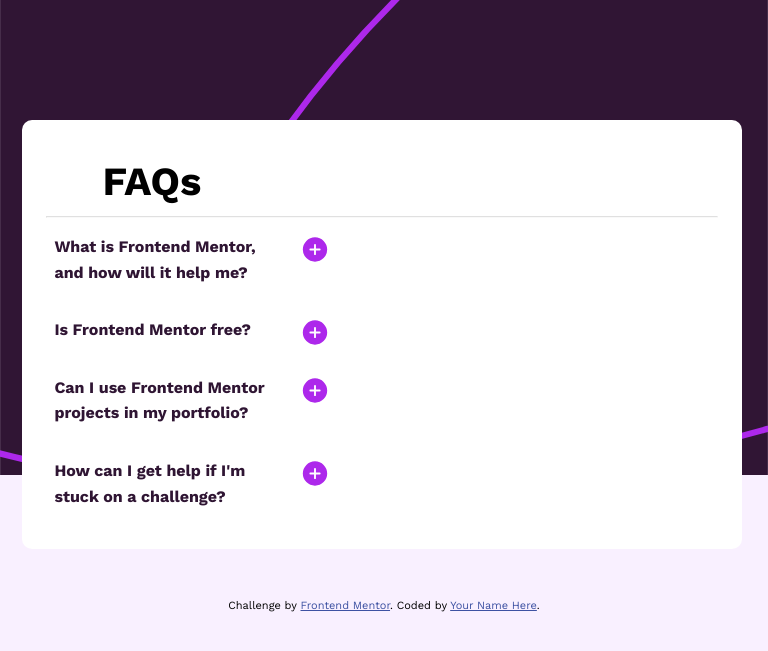
Repository: imokha01/accordion-main
Page: index.html
These files come from the project's save history. The page is drawn as it stood at one moment and after the next save; the edit follows.
The browser window is 768 px wide. The pictures show the whole page.

Above is the page before, as saved 2023-12-26 11:43:35.

### index.html
<!DOCTYPE html>
<html lang="en">
  <head>
    <meta charset="UTF-8" />
    <meta name="viewport" content="width=device-width, initial-scale=1.0" />
    <!-- displays site properly based on user's device -->
    <link rel="stylesheet" href="./index.css">
    <link
      rel="stylesheet"
      href="https://cdnjs.cloudflare.com/ajax/libs/font-awesome/6.5.1/css/all.min.css"
      integrity="sha512-DTOQO9RWCH3ppGqcWaEA1BIZOC6xxalwEsw9c2QQeAIftl+Vegovlnee1c9QX4TctnWMn13TZye+giMm8e2LwA=="
      crossorigin="anonymous"
      referrerpolicy="no-referrer"
    />
    <link
      rel="icon"
      type="image/png"
      sizes="32x32"
      href="./assets/images/favicon-32x32.png"
    />
    <link rel="preconnect" href="https://fonts.googleapis.com" />
    <link rel="preconnect" href="https://fonts.gstatic.com" crossorigin />
    <link
      href="https://fonts.googleapis.com/css2?family=Work+Sans:wght@400;600;700&display=swap"
      rel="stylesheet"
    />
    <title>Frontend Mentor | FAQ accordion</title>
    <!-- Feel free to remove these styles or customise in your own stylesheet 👍 -->
    <style>
      .attribution {
        font-size: 11px;
        text-align: center;
        margin-top: 1rem;
      }
      .attribution a {
        color: hsl(228, 45%, 44%);
      }
    </style>
  </head>
  <body>
    <div class="container">
      <div class="wrapper">
        <!-- first div content -->
        <main>
          <div id="header">
            <img src="./assets/images/icon-star.svg" alt="star-icon">
            <p id="headerpara">FAQs</p>
          </div>
          <hr>
          <div class="Div" id="div1">
            <div class="title">
              <p class="question">What is Frontend Mentor, and how will it help me?</p>
            </div>
            <div class="para">
              <p id="para1">
                Frontend Mentor offers realistic coding challenges to help developers
                improve their frontend coding skills with projects in HTML, CSS, and
                JavaScript. It's suitable for all levels and ideal for portfolio
                building.
              </p>
            </div>
          </div>
          <!-- second div content -->
          <div class="Div" id="div2">
            <div class="title">
              <p class="question">Is Frontend Mentor free?</p>
            </div>
            <div class="para">
              <p id="para2">
                Yes, Frontend Mentor offers both free and premium coding challenges,
                with the free option providing access to a range of projects suitable
                for all skill levels.
              </p>
            </div>
          </div>
          <!-- third div content -->
          <div class="Div" id="div3">
            <div class="title">
              <p class="question">Can I use Frontend Mentor projects in my portfolio?</p>
            </div>
            <div class="para">
              <p id="para3">
                Yes, you can use projects completed on Frontend Mentor in your
                portfolio. It's an excellent way to showcase your skills to potential
                employers!
              </p>
            </div>
          </div>
          <!-- fourth div content -->
          <div class="Div" id="div4">
            <div class="title">
              <p class="question">How can I get help if I'm stuck on a challenge?</p>
            </div>
            <div class="para">
              <p id="para4">
                The best place to get help is inside Frontend Mentor's Discord
                community. There's a help channel where you can ask questions and seek
                support from other community members.
              </p>
            </div>
          </div>
        </main>
        <!-- footer div -->
        <div class="attribution">
          Challenge by
          <a href="https://www.frontendmentor.io?ref=challenge" target="_blank"
            >Frontend Mentor</a
          >. Coded by <a href="#">Your Name Here</a>.
        </div>
      </div>
    </div>
    <script src="./index.js"></script>
  </body>
</html>

### index.css
:root {
    --White: hsl(0, 0%, 100%);
    --lightPink: hsl(275, 100%, 97%);
    --grayishPurple: hsl(292, 16%, 49%);
    --darkPurple:  hsl(292, 42%, 14%);
    --workSans: 'Work Sans', sans-serif;
}

* {
    margin: 0;
    padding:0;
    box-sizing: border-box;
}

body {
    font-size: 16px;
    font-family: var(--workSans);
    background-color: var(--lightPink);
    position: relative;
    line-height: 1.6;
}

.container  {
    background-image: url("./assets/images/background-pattern-desktop.svg");
    background-repeat: no-repeat;
    background-size: contain;
    display: flex;
    flex-direction: column;
    justify-content: center;
    align-items: center;
    overflow: hidden;
}

hr {
    background-color: var(--lightPink);
    margin-top: .7rem;
    opacity: 0.3;
}

.wrapper {
    width: 35rem;
    padding: 1.5rem;
    left: 30rem;
    border-radius: 10px;
    transition: height 0.5s ease-in 1ms;
}

main  {
    background-color: #fff;
    border-radius: 10px;
    padding: inherit;
    width: inherit;
    overflow: hidden;
    margin-top: 5rem;
    transition: height 0.5s ease-in 1ms;
    overflow: hidden;
}

#headerpara {
    font-size: 2.5rem;
    font-weight: 700;
    margin : -.6rem 1.5rem;

}

#header > img{
    padding-left: 2rem;
}

div#header {
    display: flex;
    flex-direction: row;
    justify-content: flex-start;
    align-items: flex-start;
    width: 10rem;
    margin-top: 1rem;
}

.Div {
    display: flex;
    flex-direction: column;
    justify-content: flex-start ;
    padding: 1rem .5rem;
    height: fit-content;
    transition: height 0.5s ease-in;

}

.title {
    display: flex;;
    justify-content: space-between;
}

.Div div  img {
    cursor: pointer;
}

.title p {
    font-weight: 700;
    color: var(--darkPurple);
    cursor: pointer;
    /* width: 21.875rem; */
}

.para {
    color: var(--grayishPurple);
    margin-top: 1.2rem;
    transition: height 0.5s ease-in 1s;
    overflow: hidden;
    display: none;
    font-size: .9rem;
}

.title{
    position: relative;
    width: 90%;

}
.title::after{
    content:  url(./assets/images/icon-plus.svg);
    position: absolute;
    right: -40px;
}

.active::after{
    content: url(./assets/images/icon-minus.svg);
    right: -40px;

}

.active, .question:hover {
    content: "";
}

@media (max-width: 768px){
    .container {
        background-image: url(./assets/images/background-pattern-mobile.svg);
        margin: 0;
    }

    .wrapper, main {
        width: 100%;
        margin: 3rem -.1rem ;
    }

    .title {
        width: 14rem;
    }

    .title::after,
    .active::after {
        right: -3.2rem;
    }

    .para {
        font-size: .85rem;
    }

    #header > img{
        padding-left: -4rem;
        width: 10px;
    }

}

### index.js
// const answer = document.getElementsByClassName("para");
const question = document.getElementsByClassName("title");

for (let i = 0; i < question.length; i++ ) {
    question[i].addEventListener("click", function(){
        this.classList.toggle("active");
        let active = this.addEventListener.nextElementSibling;
        let para = this.nextElementSibling;
        if(para.style.display === "block"){
            para.style.display = "none";
        } else {
            para.style.display = "block";
        }
    });
}





// var acc = document.getElementsByClassName("accordion");
// var i;

// for (i = 0; i < acc.length; i++) {
//   acc[i].addEventListener("click", function() {
//     /* Toggle between adding and removing the "active" class,
//     to highlight the button that controls the panel */
//     this.classList.toggle("active");

//     /* Toggle between hiding and showing the active panel */
//     var panel = this.nextElementSibling;
//     if (panel.style.display === "block") {
//       panel.style.display = "none";
//     } else {
//       panel.style.display = "block";
//     }
//   });
// }

After the next save:
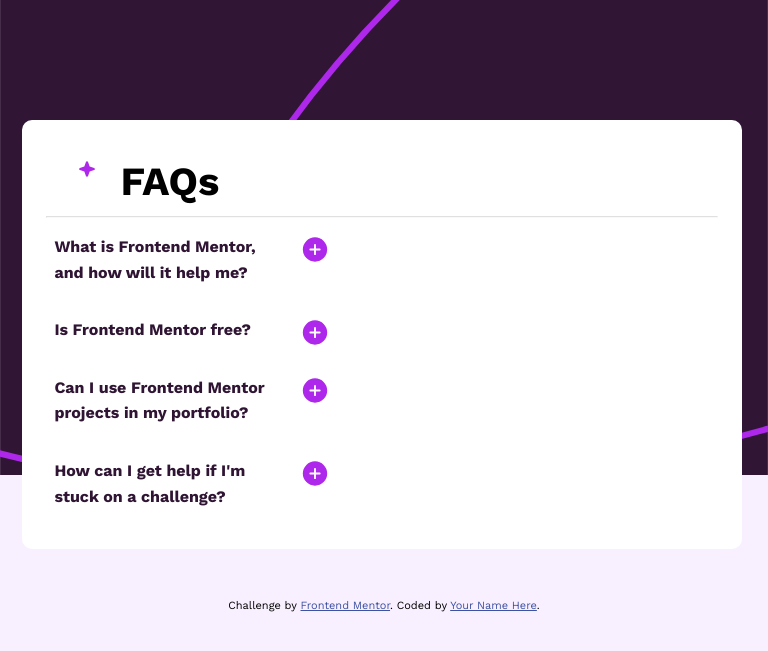
Saved 5 s later.
--- a/index.css
+++ b/index.css
@@ -158,7 +158,7 @@
 
     #header > img{
         padding-left: -4rem;
-        width: 10px;
+        width: 50px;
     }
 
 }
